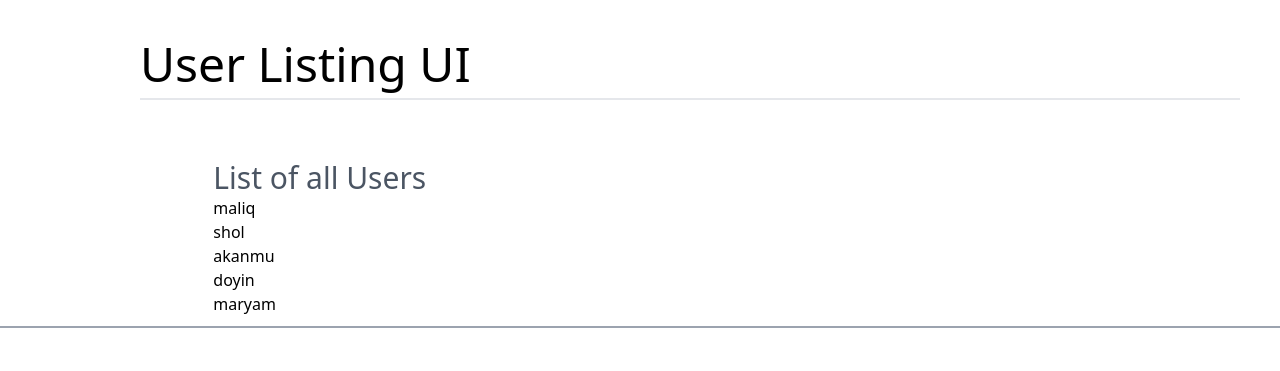
Repository: Marlstergo/listings
Page: / (app in client/)
These files come from the project's save history. The page is drawn as it stood at one moment and after the next save; the edit follows.
The browser window is 1280 px wide. The pictures show the whole page.
The project was rebuilt for these pictures with package versions that can differ from the ones it lists, and the page was loaded fresh each time. Also part of the build but not shown: client/craco.config.js, client/src/components/Loader.js, client/src/components/Order.js, client/src/components/Modal.js. Imported but missing from the stored project, and not drawn on this page: client/src/components/Base, client/src/components/Toppings.

Above is the page before, as saved 2021-07-20 23:04:04.

After the next save:
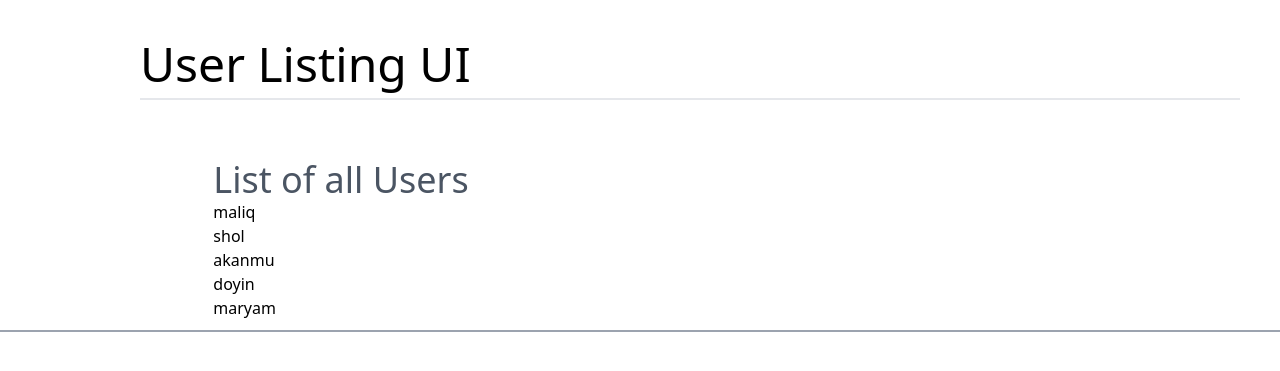
Saved 62 s later.
--- a/client/src/components/Home.js
+++ b/client/src/components/Home.js
@@ -39,7 +39,7 @@ const Home = () => {
       exit="exit"
     >
       <div className="w-2/3 ">
-        <h1 className="text-gray-600 text-3xl">List of all Users</h1>
+        <h1 className="text-gray-600 text-4xl">List of all Users</h1>
         <ul>
           {users.map(
             (user) => (
